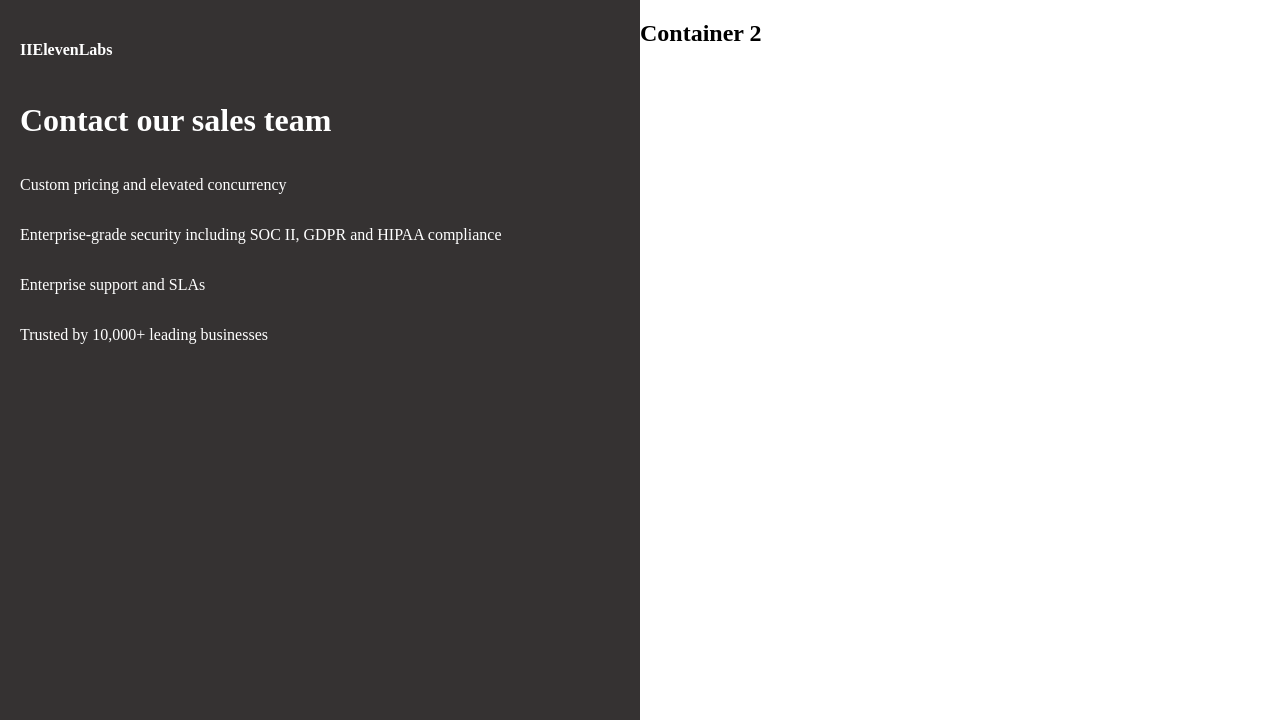
Repository: RohanSai22/harkirat-cohort-learnings
Page: Web/w1_a2.html
The author's editor kept a copy of each file at every save. The page is drawn from the files as they stood at one save, then again after a run of saves.
The browser window is 1280 px wide. The pictures show the whole page.

Above is the page before, as saved 2026-03-24 12:08:58.

After the next 2 saves:
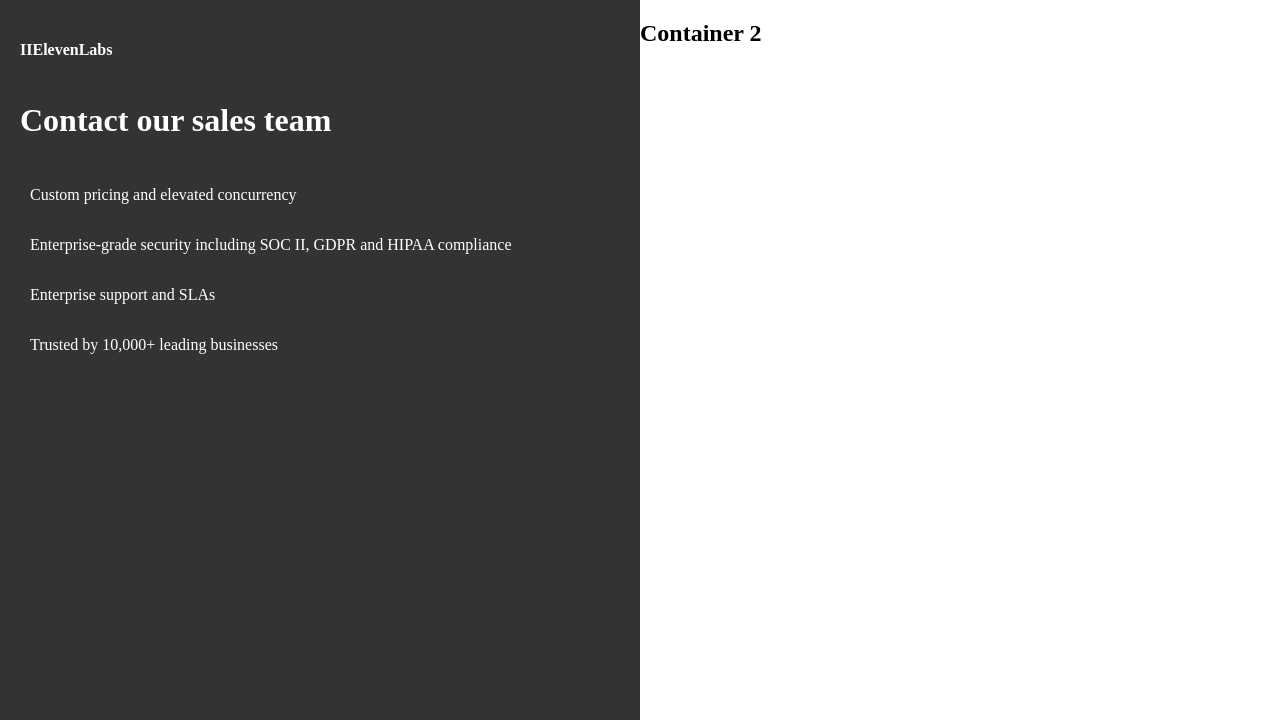
The 2 saves are shown as one change because they came seconds apart.
The last was saved 25 s later.
--- a/Web/w1_a2.html
+++ b/Web/w1_a2.html
@@ -8,7 +8,7 @@
                 <div style="display:flex;justify-content: space-between; flex-direction: column; margin: 20px;">
                     <h4>IIElevenLabs</h4>
                     <h1>Contact our sales team</h1>
-                    <div style="display: flex; justify-content: space-evenly; flex-direction: column;">
+                    <div style="display: flex; justify-content: space-evenly; flex-direction: column;margin:10px;">
                         <p>Custom pricing and elevated concurrency</p>
                         <p>Enterprise-grade security including SOC II, GDPR and HIPAA compliance</p>
                         <p>Enterprise support and SLAs</p>
